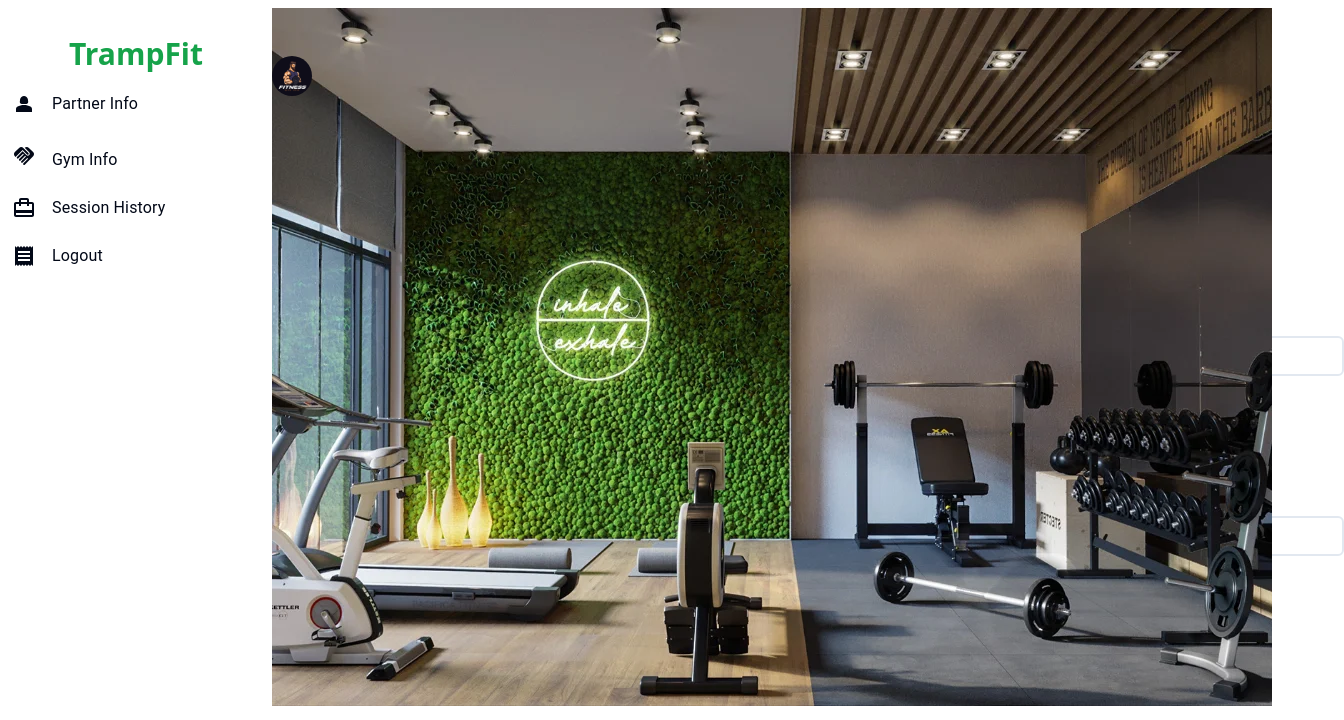
Repository: ezioxatul/TrampFit-Website
Page: /partner/partnerDashboard/partnerInfo (app in Frontend/)
The author's editor kept a copy of each file at every save. The page is drawn from the files as they stood at one save, then again after the next save.
The browser window is 1280 px wide. The page is 1344 px wide, so the pictures cover 1344 px, including what lies to the right of the window. The pictures show the whole page.
The project was rebuilt for these pictures with package versions that can differ from the ones it lists, and the page was loaded fresh each time. The framework's server and built-in components were replaced by stand-ins that run in the browser. Also part of the build but not shown: Frontend/next.config.js, Frontend/next.config.mjs, Frontend/components/Loader.js, Frontend/components/Popup.js.

Above is the page before, as saved 2024-05-16 18:19:39.

### Frontend/pages/_app.js
import Loader from "@/components/Loader";
import "@/styles/globals.css";
import { useRouter } from "next/router";
import { useEffect, useState } from "react";


const Loading = () => {

  return (
    <Loader/>
  );
}

export default function App({ Component, pageProps }) {

  const [loading, setLoading] = useState(false);
  const router = useRouter();

  useEffect(() => {
    const handleStart = () => setLoading(true);
    const handleComplete = () => setLoading(false);

    router.events.on('routeChangeStart', handleStart);
    router.events.on('routeChangeComplete', handleComplete);
    router.events.on('routeChangeError', handleComplete);

    return () => {
      router.events.off('routeChangeStart', handleStart);
      router.events.off('routeChangeComplete', handleComplete);
      router.events.off('routeChangeError', handleComplete);
    };
  }, []);

  return (
    <>
    <div className="h-2">
      {
        loading  &&
          <Loading />

      }
      </div>
          <Component {...pageProps} />

    </>
  );
}

### Frontend/pages/_document.js
import { Html, Head, Main, NextScript } from "next/document";

export default function Document() {
  return (
    <Html lang="en">
          <Head />
          <body>
            <Main />
            <NextScript />
          </body>
        </Html>
        );
}

### Frontend/pages/partner/partnerDashboard/partnerInfo.js
import PartnerSideBar from "@/components/PartnerSideBar";
import { Avatar } from "@mui/material";
import { Input } from "@/components/ui/input";
import Image from "next/image";
import { Label } from "@/components/ui/label";
import { useEffect, useState } from "react";
import { useRouter } from "next/router";
import { ToastContainer, toast } from "react-toastify";

export default function partnerInfo() {
  const inputClassName = "w-96 text-lg border-2";
  const labelClassName = "text-lg text-green-600 font-normal";
  const containerClassName = "ml-80";

  return (
    <>
      <div className="flex flex-col">
        <div className="flex">
          <PartnerSideBar />
          <div>
            <Image className=" z-0 absolute" src="/gymInfo.png" width={1000} height={36}></Image>
            <Avatar
              className="w-36 mx-auto mt-12 h-36 text-6xl z-1 absolute bg-black"
              src="/gymname.png"
            />
          </div>
        </div>
        <div className=" mt-[-5rem]">
          <h1 className={`${containerClassName} text-2xl mb-4`}>
            Personal Information
          </h1>
          <div className={`${containerClassName} flex mb-10`}>
            <div className="mr-32 space-y-2">
              <Label htmlFor="name" className={labelClassName}>
                Name
              </Label>
              <Input type="text" className={inputClassName} />
            </div>
            <div className="ml-32 space-y-2">
              <Label htmlFor="panNumber" className={labelClassName}>
                PAN Number
              </Label>
              <Input type="text" className={inputClassName} />
            </div>
          </div>
        </div>
        <div>
          <h1 className={`${containerClassName} text-2xl mb-4 mt-4`}>
            Contact Information
          </h1>
          <div className={`${containerClassName} flex mb-10`}>
            <div className="mr-32 space-y-2">
              <Label htmlFor="name" className={labelClassName}>
                Mobile Number
              </Label>
              <Input type="text" className={inputClassName} />
            </div>
            <div className="ml-32 space-y-2 mb-10">
              <Label htmlFor="city" className={labelClassName}>
                Email Address
              </Label>
              <Input type="text" className={inputClassName} />
            </div>
            <ToastContainer />
          </div>
        </div>
      </div>
    </>
  );
}

### Frontend/styles/globals.css
@tailwind base;
@tailwind components;
@tailwind utilities;


@layer base {
  :root {
    --background: 0 0% 100%;
    --foreground: 222.2 84% 4.9%;

    --card: 0 0% 100%;
    --card-foreground: 222.2 84% 4.9%;

    --popover: 0 0% 100%;
    --popover-foreground: 222.2 84% 4.9%;

    --primary: 222.2 47.4% 11.2%;
    --primary-foreground: 210 40% 98%;

    --secondary: 210 40% 96.1%;
    --secondary-foreground: 222.2 47.4% 11.2%;

    --muted: 210 40% 96.1%;
    --muted-foreground: 215.4 16.3% 46.9%;

    --accent: 210 40% 96.1%;
    --accent-foreground: 222.2 47.4% 11.2%;

    --destructive: 0 84.2% 60.2%;
    --destructive-foreground: 210 40% 98%;

    --border: 214.3 31.8% 91.4%;
    --input: 214.3 31.8% 91.4%;
    --ring: 222.2 84% 4.9%;

    --radius: 0.5rem;
  }

  .dark {
    --background: 222.2 84% 4.9%;
    --foreground: 210 40% 98%;

    --card: 222.2 84% 4.9%;
    --card-foreground: 210 40% 98%;

    --popover: 222.2 84% 4.9%;
    --popover-foreground: 210 40% 98%;

    --primary: 210 40% 98%;
    --primary-foreground: 222.2 47.4% 11.2%;

    --secondary: 217.2 32.6% 17.5%;
    --secondary-foreground: 210 40% 98%;

    --muted: 217.2 32.6% 17.5%;
    --muted-foreground: 215 20.2% 65.1%;

    --accent: 217.2 32.6% 17.5%;
    --accent-foreground: 210 40% 98%;

    --destructive: 0 62.8% 30.6%;
    --destructive-foreground: 210 40% 98%;

    --border: 217.2 32.6% 17.5%;
    --input: 217.2 32.6% 17.5%;
    --ring: 212.7 26.8% 83.9%;
  }
}

@layer base {
  * {
    @apply border-border;
  }
  body {
    @apply bg-background text-foreground;
  }
}


.outline_remove:focus{


}
.focus-visible\:ring-offset-2:focus-visible{
  border:none !important;
  outline: none !important;
  border-style: none;
}

### Frontend/components/PartnerSideBar.js
import List from '@mui/material/List';
import ListItemButton from '@mui/material/ListItemButton';
import ListItemText from '@mui/material/ListItemText';
import Person2Icon from '@mui/icons-material/Person2';
import HandshakeIcon from '@mui/icons-material/Handshake';
import CardTravelIcon from '@mui/icons-material/CardTravel';
import ReceiptIcon from '@mui/icons-material/Receipt';
import LogoutIcon from '@mui/icons-material/Logout';

import { useState } from 'react';
import Link from 'next/link';
import Popup from './Popup';
import { useRouter } from 'next/router';

export default function PartnerSideBar() {

    let SideBarHeading = ['Partner Info', 'Gym Info', 'Session History', 'Logout'];

    let router = useRouter();
    let [start, setStart] = useState(false);

    const logout = () => {
        setStart(!start);
    }


    const logoutEvent = () => {
        localStorage.removeItem('partnerToken');
        setStart(false);
        router.push('/partner/partnerLogin')
    }
    return (
        <>
            <div className=" w-72  m-[-8px] p-1  mb-10">
                <Link href="#"><h1 className=' text-green-600 text-3xl font-semibold text-center mt-8 cursor-pointer'>TrampFit</h1></Link>

                <List className='bg-white mt-8 ml-6 space-y-2'>
                    {
                        SideBarHeading.map((text, index) => {
                            return (
                                index === 1 ?
                                    <>

                                        <ListItemButton className=' space-x-4 flex justify-between hover:bg-green-100 hover:rounded-2xl hover:text-green-600'>
                                            <Link href="/partner/partnerDashboard/gymInfo" className='flex space-x-4 '>
                                                <HandshakeIcon className='text-2xl' />
                                                <ListItemText primary={text} />
                                            </Link>
                                        </ListItemButton>

                                    </> :
                                    index === 0 ?
                                        <Link href="/partner/partnerDashboard/partnerInfo">
                                            <ListItemButton className=' space-x-4 hover:bg-green-100 hover:rounded-2xl hover:text-green-600'>
                                                <Person2Icon className='text-2xl' />
                                                <ListItemText primary={text} />
                                            </ListItemButton>
                                        </Link> :
                                        index === 2 ?
                                            <Link href="#">
                                                <ListItemButton className=' space-x-4 hover:bg-green-100 hover:rounded-2xl hover:text-green-600'>
                                                    <CardTravelIcon className='text-2xl' />
                                                    <ListItemText primary={text} />
                                                </ListItemButton>
                                            </Link> :
                                            index === 3 ?
                                                <Link href="#">
                                                    <ListItemButton className=' space-x-4 hover:bg-green-100 hover:rounded-2xl hover:text-green-600'>
                                                        <ReceiptIcon className='text-2xl' />
                                                        <ListItemText primary={text} />
                                                    </ListItemButton>
                                                </Link> :
                                                <ListItemButton className=' space-x-4 hover:bg-green-100 hover:rounded-2xl hover:text-green-600' onClick={logout}>
                                                    <LogoutIcon className='text-2xl' />
                                                    <ListItemText primary={text} />
                                                    <Popup open={start} title={"Do you Really want to Logout?"} cancel="Cancel" logout="Logout" logoutEvent={logoutEvent} cancelEvent={logout} />
                                                </ListItemButton>
                            )
                        })
                    }
                </List>
            </div>
        </>
    );
}

### Frontend/tailwind.config.js
/** @type {import('tailwindcss').Config} */
module.exports = {
  darkMode: ["class"],
  content: [
    './pages/**/*.{js,jsx}',
    './components/**/*.{js,jsx}',
    './app/**/*.{js,jsx}',
    './src/**/*.{js,jsx}',
  ],
  prefix: "",
  theme: {
    container: {
      center: true,
      padding: "2rem",
      screens: {
        "2xl": "1400px",
      },
    },
    extend: {fontFamily: {
      play: ["Play", "sans-serif"],
    },
      colors: {
        border: "hsl(var(--border))",
        input: "hsl(var(--input))",
        ring: "hsl(var(--ring))",
        background: "hsl(var(--background))",
        foreground: "hsl(var(--foreground))",
        primary: {
          DEFAULT: "hsl(var(--primary))",
          foreground: "hsl(var(--primary-foreground))",
        },
        secondary: {
          DEFAULT: "hsl(var(--secondary))",
          foreground: "hsl(var(--secondary-foreground))",
        },
        destructive: {
          DEFAULT: "hsl(var(--destructive))",
          foreground: "hsl(var(--destructive-foreground))",
        },
        muted: {
          DEFAULT: "hsl(var(--muted))",
          foreground: "hsl(var(--muted-foreground))",
        },
        accent: {
          DEFAULT: "hsl(var(--accent))",
          foreground: "hsl(var(--accent-foreground))",
        },
        popover: {
          DEFAULT: "hsl(var(--popover))",
          foreground: "hsl(var(--popover-foreground))",
        },
        card: {
          DEFAULT: "hsl(var(--card))",
          foreground: "hsl(var(--card-foreground))",
        },
      },
      borderRadius: {
        lg: "var(--radius)",
        md: "calc(var(--radius) - 2px)",
        sm: "calc(var(--radius) - 4px)",
      },
      keyframes: {
        "accordion-down": {
          from: { height: "0" },
          to: { height: "var(--radix-accordion-content-height)" },
        },
        "accordion-up": {
          from: { height: "var(--radix-accordion-content-height)" },
          to: { height: "0" },
        },
      },
      animation: {
        "accordion-down": "accordion-down 0.2s ease-out",
        "accordion-up": "accordion-up 0.2s ease-out",
      },
    },
  },
  plugins: [require("tailwindcss-animate")],
}

Loaded but not shown: Frontend/components/ui/input.jsx (common file); Frontend/components/ui/label.jsx (common file); Frontend/lib/utils.js (common file)

After the next save:
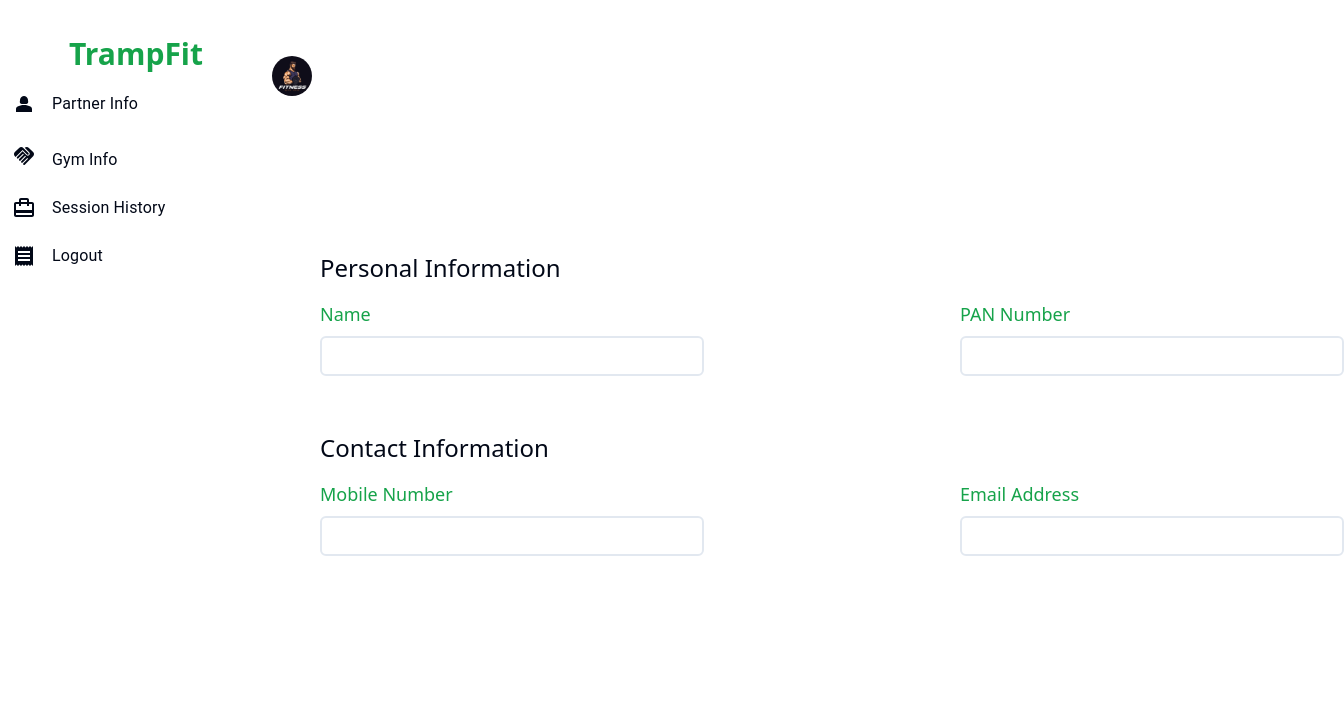
Saved 76 s later.
--- a/Frontend/pages/partner/partnerDashboard/partnerInfo.js
+++ b/Frontend/pages/partner/partnerDashboard/partnerInfo.js
@@ -1,70 +1,62 @@
 import PartnerSideBar from "@/components/PartnerSideBar";
 import { Avatar } from "@mui/material";
 import { Input } from "@/components/ui/input";
-import Image from "next/image";
 import { Label } from "@/components/ui/label";
 import { useEffect, useState } from "react";
 import { useRouter } from "next/router";
 import { ToastContainer, toast } from "react-toastify";
 
 export default function partnerInfo() {
-  const inputClassName = "w-96 text-lg border-2";
-  const labelClassName = "text-lg text-green-600 font-normal";
-  const containerClassName = "ml-80";
+    const inputClassName = "w-96 text-lg border-2";
+    const labelClassName = "text-lg text-green-600 font-normal";
+    const containerClassName = "ml-80";
 
-  return (
-    <>
-      <div className="flex flex-col">
-        <div className="flex">
-          <PartnerSideBar />
-          <div>
-            <Image className=" z-0 absolute" src="/gymInfo.png" width={1000} height={36}></Image>
-            <Avatar
-              className="w-36 mx-auto mt-12 h-36 text-6xl z-1 absolute bg-black"
-              src="/gymname.png"
-            />
-          </div>
-        </div>
-        <div className=" mt-[-5rem]">
-          <h1 className={`${containerClassName} text-2xl mb-4`}>
-            Personal Information
-          </h1>
-          <div className={`${containerClassName} flex mb-10`}>
-            <div className="mr-32 space-y-2">
-              <Label htmlFor="name" className={labelClassName}>
-                Name
-              </Label>
-              <Input type="text" className={inputClassName} />
+    return (
+        <>
+            <div className="flex flex-col">
+                <div className="flex">
+                    <PartnerSideBar />
+                    <div>
+
+                        <Avatar className="w-36 mx-auto mt-12 h-36 text-6xl bg-black" src="/gymname.png" />
+                    </div>
+                </div>
+                <div className=" mt-[-5rem]">
+                    <h1 className={`${containerClassName} text-2xl mb-4`}>Personal Information</h1>
+                    <div className={`${containerClassName} flex mb-10`}>
+                        <div className="mr-32 space-y-2">
+                            <Label htmlFor="name" className={labelClassName}>
+                                Name
+                            </Label>
+                            <Input type="text" className={inputClassName} />
+                        </div>
+                        <div className="ml-32 space-y-2">
+                            <Label htmlFor="panNumber" className={labelClassName}>
+                                PAN Number
+                            </Label>
+                            <Input type="text" className={inputClassName} />
+                        </div>
+                    </div>
+                </div>
+                <div>
+                    <h1 className={`${containerClassName} text-2xl mb-4 mt-4`}>Contact Information</h1>
+                    <div className={`${containerClassName} flex mb-10`}>
+                        <div className="mr-32 space-y-2">
+                            <Label htmlFor="name" className={labelClassName}>
+                                Mobile Number
+                            </Label>
+                            <Input type="text" className={inputClassName} />
+                        </div>
+                        <div className="ml-32 space-y-2 mb-10">
+                            <Label htmlFor="city" className={labelClassName}>
+                                Email Address
+                            </Label>
+                            <Input type="text" className={inputClassName} />
+                        </div>
+                        <ToastContainer />
+                    </div>
+                </div>
             </div>
-            <div className="ml-32 space-y-2">
-              <Label htmlFor="panNumber" className={labelClassName}>
-                PAN Number
-              </Label>
-              <Input type="text" className={inputClassName} />
-            </div>
-          </div>
-        </div>
-        <div>
-          <h1 className={`${containerClassName} text-2xl mb-4 mt-4`}>
-            Contact Information
-          </h1>
-          <div className={`${containerClassName} flex mb-10`}>
-            <div className="mr-32 space-y-2">
-              <Label htmlFor="name" className={labelClassName}>
-                Mobile Number
-              </Label>
-              <Input type="text" className={inputClassName} />
-            </div>
-            <div className="ml-32 space-y-2 mb-10">
-              <Label htmlFor="city" className={labelClassName}>
-                Email Address
-              </Label>
-              <Input type="text" className={inputClassName} />
-            </div>
-            <ToastContainer />
-          </div>
-        </div>
-      </div>
-    </>
-  );
+        </>
+    );
 }
